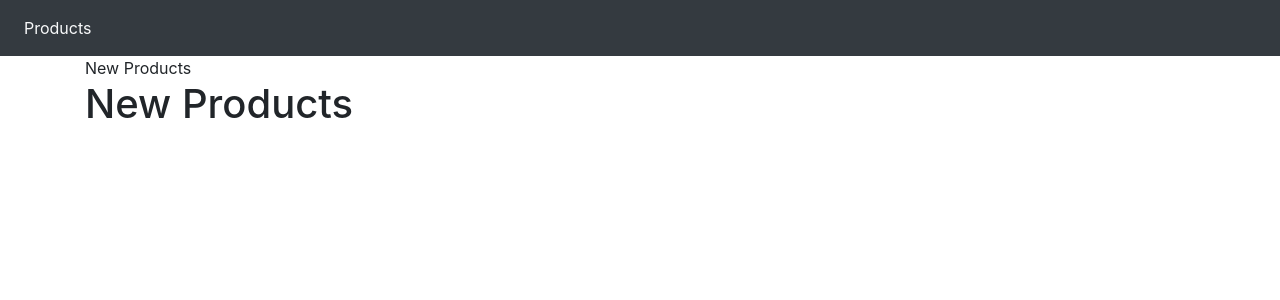
Repository: Aniksaha19/curd
Page: http://localhost/product/create
An editor plug-in stored every save of this project. The page is shown before and after the next save, followed by the edit.
The browser window is 1280 px wide. The pictures show the whole page.
The page is served by the project's Laravel application, run on PHP 8.4 with Laravel 10. Other server files are loaded and not shown.

Above is the page before, as saved 2023-06-01 16:34:26.

### routes/web.php
<?php

use Illuminate\Support\Facades\Route;
use App\Http\Controllers\ProductController;

/*
|--------------------------------------------------------------------------
| Web Routes
|--------------------------------------------------------------------------
|
| Here is where you can register web routes for your application. These
| routes are loaded by the RouteServiceProvider and all of them will
| be assigned to the "web" middleware group. Make something great!
|
*/

Route::get('/', [ProductController::class, 'index'])->name('products.index');
Route::get('product/create', [ProductController::class, 'create'])->name('products.create');

### app/Http/Controllers/ProductController.php
<?php

namespace App\Http\Controllers;

use Illuminate\Http\Request;

class ProductController extends Controller
{
    public function index(){
        return view('products.index');
    }
    public function create(){
        return view('products.create');
    }
}

### resources/views/products/create.blade.php
<!DOCTYPE html>
<html lang="en">
<head>
    <meta charset="UTF-8">
    <meta http-equiv="X-UA-Compatible" content="IE=edge">
    <meta name="viewport" content="width=device-width, initial-scale=1.0">
    <title>Laravel CURD</title>

    <link rel="stylesheet" href="https://cdn.jsdelivr.net/npm/bootstrap@4.6.2/dist/css/bootstrap.min.css">
    <script src="https://cdn.jsdelivr.net/npm/jquery@3.6.4/dist/jquery.slim.min.js"></script>
    <script src="https://cdn.jsdelivr.net/npm/popper.js@1.16.1/dist/umd/popper.min.js"></script>
    <script src="https://cdn.jsdelivr.net/npm/bootstrap@4.6.2/dist/js/bootstrap.bundle.min.js"></script>
</head>
<body>

        <nav class="navbar navbar-expand-sm bg-dark">
            <ul class="navbar-nav">
                <li class="nav-item">
                    <a class="nav-link text-light" href="/">Products</a>
                </li>
            </ul>
        </nav>
        <div class="container">
            <div class="text-right>
                <a href="product/create" class="btn btn-dark mt-2">New Products</a>
            </div>
            <h1> New Products</h1>
        </div>
</body>
</html>

Loaded but not shown: app/Http/Controllers/Controller.php (common file)

After the next save:
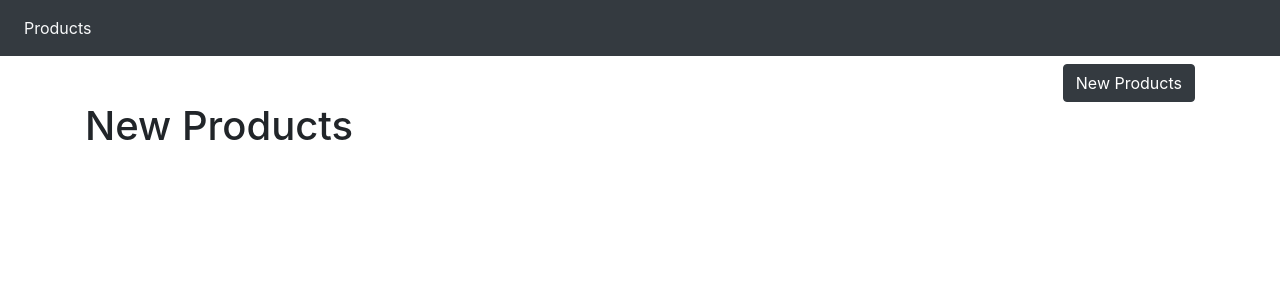
Saved 5 s later.
--- a/resources/views/products/create.blade.php
+++ b/resources/views/products/create.blade.php
@@ -21,7 +21,7 @@
             </ul>
         </nav>
         <div class="container">
-            <div class="text-right>
+            <div class="text-right">
                 <a href="product/create" class="btn btn-dark mt-2">New Products</a>
             </div>
             <h1> New Products</h1>
